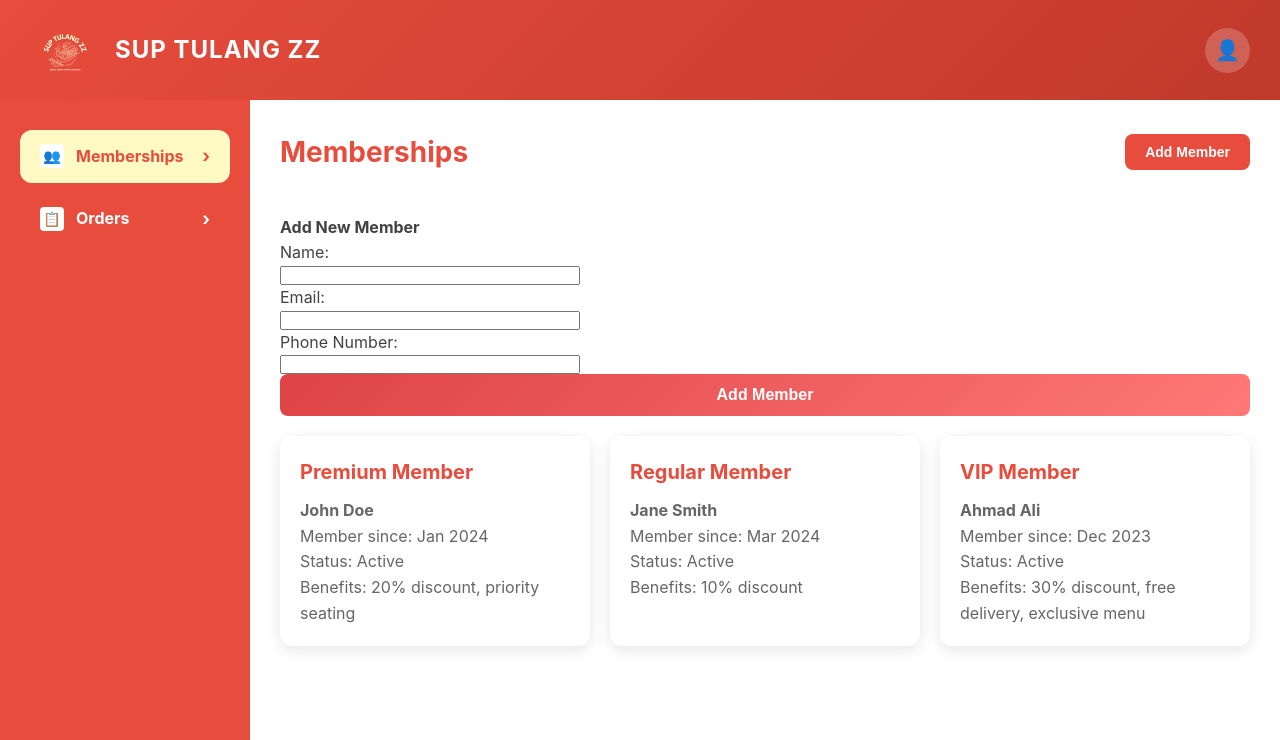
Repository: YIsheng2002/web-frontend
Page: view/Staff/dashboardstaff.html
These files come from the project's save history. The page is drawn as it stood at one moment and after the next save; the edit follows.
The browser window is 1280 px wide. The pictures show the whole page.

Above is the page before, as saved 2025-06-12 15:47:11.

### view/Staff/dashboardstaff.html
<!DOCTYPE html>
<html lang="en">

<head>
    <meta charset="UTF-8">
    <meta name="viewport" content="width=device-width, initial-scale=1.0">
    <title>SUP TULANG ZZ</title>
    <link rel="stylesheet" href="../Staff/assets/css/main.css">
    <link rel="stylesheet" href="../../assets/css/main.css">
    <link rel="stylesheet" href="./assets/css/dashboardStaff.css">
    <script src="./assets/javascript/dashboardStaff.js"></script>

</head>

<body>
    <!-- Header -->
    <header class="header">
        <div class="logo-section">
            <img src="../../assets/images/logo.png" alt="Logo" class="logo">
            <h1 class="brand-name">SUP TULANG ZZ</h1>
        </div>

        <div class="user-menu">
            <div class="user-avatar" onclick="toggleDropdown()">
                👤
            </div>
            <div class="dropdown-menu" id="userDropdown">
                <a href="#" class="dropdown-item" onclick="showProfile()">
                    👤 Profile
                </a>
                <a href="#" class="dropdown-item" onclick="showSettings()">
                    ⚙️ Settings
                </a>
                <a href="#" class="dropdown-item" onclick="showOrders()">
                    📋 Orders
                </a>
                <a href="#" class="dropdown-item" onclick="showReports()">
                    📊 Reports
                </a>
                <hr style="margin: 8px 0; border: none; border-top: 1px solid #eee;">
                <a href="#" class="dropdown-item danger" onclick="logout()">
                    🚪 Logout
                </a>
            </div>
        </div>
    </header>

    <div class=" dashboard-container">
        <!-- Sidebar -->
        <div class="sidebar">
            <ul class="sidebar-menu">
                <li class="sidebar-item">
                    <a href="#" class="sidebar-link active" onclick="showMembership(event)">
                        <div class="sidebar-icon">👥</div>
                        <span class="sidebar-text">Memberships</span>
                        <span class="sidebar-arrow">›</span>
                    </a>
                </li>
                <li class="sidebar-item">
                    <a href="#" class="sidebar-link" onclick="showOrders(event)">
                        <div class="sidebar-icon">📋</div>
                        <span class="sidebar-text">Orders</span>
                        <span class="sidebar-arrow">›</span>
                    </a>
                </li>
            </ul>
        </div>
        <!-- Main Content -->
        <div class="main-content active" id="membership">
            <div class="membership-header">
                <h3>Memberships</h3>
                <button class="add-membership-btn" onclick="addMember()">Add Member</button>
            </div>

            <div id="membershipForm" class="membership-form hidden">
                <h4>Add New Member</h4>
                <form id="addMemberForm">
                    <div class="form-group">
                        <label for="memberName">Name:</label>
                        <input type="text" class="input-size" id="memberName" name="memberName" required>
                    </div>

                    <div class="form-group">
                        <label for="memberEmail">Email:</label>
                        <input type="email" class="input-size" id="memberEmail" name="memberEmail" required>
                    </div>

                    <div class="form-group">
                        <label for="memberphonenumber">Phone Number:</label>
                        <input type="phone number" class="input-size" id="memberphonenumber" name="memberphonenumber"required>
                    </div>
                    <button type="submit" class="btn-primary">Add Member</button>


                </form>

                <div class="membership-cards">
                    <div class="membership-card">
                        <div class="membership-title">Premium Member</div>
                        <div class="membership-details">
                            <p><strong>John Doe</strong></p>
                            <p>Member since: Jan 2024</p>
                            <p>Status: Active</p>
                            <p>Benefits: 20% discount, priority seating</p>
                        </div>
                    </div>
                    <div class="membership-card">
                        <div class="membership-title">Regular Member</div>
                        <div class="membership-details">
                            <p><strong>Jane Smith</strong></p>
                            <p>Member since: Mar 2024</p>
                            <p>Status: Active</p>
                            <p>Benefits: 10% discount</p>
                        </div>
                    </div>
                    <div class="membership-card">
                        <div class="membership-title">VIP Member</div>
                        <div class="membership-details">
                            <p><strong>Ahmad Ali</strong></p>
                            <p>Member since: Dec 2023</p>
                            <p>Status: Active</p>
                            <p>Benefits: 30% discount, free delivery, exclusive menu</p>
                        </div>
                    </div>
                </div>
            </div>
            <div class="main-content" id="orders">
                <h3>Orders</h3>
                <div class="order-list">
                    <div class="order-item">
                        <span class="order-id">Order #12345</span>
                        <span class="order-status pending">Pending</span>
                    </div>
                    <div class="order-item">
                        <span class="order-id">Order #12346</span>
                        <span class="order-status completed">Completed</span>
                    </div>
                    <div class="order-item">
                        <span class="order-id">Order #12347</span>
                        <span class="order-status pending">Pending</span>
                    </div>
                    <div class="order-item">
                        <span class="order-id">Order #12348</span>
                        <span class="order-status cancelled">Cancelled</span>
                    </div>
                </div>
            </div>

</body>

</html>

### view/Staff/assets/css/main.css
* {
    margin: 0;
    padding: 0;
    box-sizing: border-box;
}

body {
    font-family: -apple-system, BlinkMacSystemFont, 'Segoe UI', Roboto, sans-serif;
    line-height: 1.6;
    color: #333;
    background-color: #f5f5f5;
}

.btn-primary {
    background: linear-gradient(135deg, #667eea 0%, #764ba2 100%);
    color: white;
    border: none;
    padding: 12px 24px;
    border-radius: 8px;
    font-size: 16px;
    font-weight: 600;
    cursor: pointer;
    transition: all 0.3s ease;
    width: 100%;
}

.btn-primary:hover {
    transform: translateY(-2px);
    box-shadow: 0 8px 25px rgba(102, 126, 234, 0.3);
}

.btn-primary:active {
    transform: translateY(0);
}

### assets/css/main.css
:root{
    --primary-color: #DE4345;
    --secondary-color: #F8FAD4;
    --white-color: #FFFFFF;
    --header-font-color: #212121;
    --header6-font-color: #424242;
    --light-red: #FF7877;
}

* {
    margin: 0;
    padding: 0;
    box-sizing: border-box;
}

body {
    font-family: -apple-system, BlinkMacSystemFont, 'Segoe UI', Roboto, sans-serif;
    line-height: 1.6;
    color: var(--header6-font-color);
    background-color: #f5f5f5;
}

.btn-primary {
    background: linear-gradient(135deg, var(--primary-color) 0%, var(--light-red) 100%);
    color: white;
    border: none;
    padding: 12px 24px;
    border-radius: 8px;
    font-size: 16px;
    font-weight: 600;
    cursor: pointer;
    transition: all 0.3s ease;
    width: 100%;
}

.btn-primary:hover {
    transform: translateY(-5px);
    box-shadow: 0 8px 25px rgba(253, 114, 92, 0.22);
}

.btn-primary:active {
    transform: translateY(0);
}

/* Header Styles */
.header {
    background: linear-gradient(135deg, #e74c3c, #c0392b);
    color: white;
    padding: 15px 30px;
    display: flex;
    justify-content: space-between;
    align-items: center;
    box-shadow: 0 2px 10px rgba(0,0,0,0.1);
}

.logo-section {
    display: flex;
    align-items: center;
    gap: 15px;
}

.logo {
    width: 70px;
    height: 70px;
    display: flex;
    align-items: center;
    justify-content: center;
    font-weight: bold;
    font-size: 18px;
}

.brand-name {
    font-size: 28px;
    font-weight: bold;
    letter-spacing: 1px;
}

### view/Staff/assets/css/dashboardStaff.css
/* Reset and Base Styles - Using your main.css */


.brand-name {
    color: white;
    font-size: 24px;
    font-weight: bold;
}

/* User Menu */
.user-menu {
    position: relative;
}

.user-avatar {
    width: 45px;
    height: 45px;
    background: rgba(255, 255, 255, 0.2);
    border-radius: 50%;
    display: flex;
    align-items: center;
    justify-content: center;
    cursor: pointer;
    transition: all 0.3s ease;
    font-size: 20px;
    color: white;
}

.user-avatar:hover {
    background: rgba(255, 255, 255, 0.3);
    transform: scale(1.05);
}

.dropdown-menu {
    position: absolute;
    top: 100%;
    right: 0;
    background: white;
    border-radius: 12px;
    box-shadow: 0 10px 30px rgba(0, 0, 0, 0.15);
    padding: 12px 0;
    min-width: 180px;
    opacity: 0;
    visibility: hidden;
    transform: translateY(-10px);
    transition: all 0.3s ease;
    z-index: 1000;
    margin-top: 10px;
}

.dropdown-menu.show {
    opacity: 1;
    visibility: visible;
    transform: translateY(0);
}

.dropdown-item {
    display: block;
    padding: 12px 20px;
    color: #333;
    text-decoration: none;
    transition: background 0.3s ease;
    display: flex;
    align-items: center;
    gap: 10px;
}

.dropdown-item:hover {
    background: #f8f9fa;
}

.dropdown-item.danger:hover {
    background: #fee;
    color: #e74c3c;
}


/* Main Layout */
.dashboard-container {
    display: flex;
    height: calc(100vh - 80px);
}

/* Sidebar */
.sidebar {
    width: 250px;
    background-color: #e74c3c;
    padding: 20px 0;
}

.sidebar-menu {
    list-style: none;
    padding: 0;
    margin: 0;
}

.sidebar-item {
    margin: 10px 0;
    padding: 0 20px;
}

.sidebar-link {
    display: flex;
    align-items: center;
    justify-content: space-between;
    text-decoration: none;
    padding: 12px 20px;
    font-size: 16px;
    font-weight: bold;
    border-radius: 12px;
    transition: all 0.3s ease;
    color: #fff;
    background-color: transparent;
}

.sidebar-link:hover {
    background-color: rgba(255, 255, 255, 0.1);
}

.sidebar-link.active {
    background-color: #fff9c4;
    color: #e74c3c;
}

.sidebar-icon {
    width: 24px;
    height: 24px;
    margin-right: 12px;
    background: #fff;
    border-radius: 4px;
    display: flex;
    align-items: center;
    justify-content: center;
    font-size: 14px;
}

.sidebar-text {
    flex-grow: 1;
}

.sidebar-arrow {
    font-size: 18px;
    margin-left: 12px;
}

/* Main Content */
.main-content {
    flex: 1;
    padding: 30px;
    background: white;
    overflow-y: auto;
    display: none;
}

.main-content.active {
    display: block;
}

.main-content h3 {
    color: #e74c3c;
    margin-bottom: 20px;
    font-size: 28px;
}

/* Membership Content */
.membership-cards {
    display: grid;
    grid-template-columns: repeat(auto-fit, minmax(300px, 1fr));
    gap: 20px;
    margin-top: 20px;
}

.membership-card {
    background: white;
    border-radius: 12px;
    padding: 20px;
    box-shadow: 0 4px 15px rgba(0, 0, 0, 0.1);
    transition: transform 0.3s ease;
}

.membership-card:hover {
    transform: translateY(-5px);
}

.membership-title {
    font-size: 20px;
    font-weight: bold;
    color: #e74c3c;
    margin-bottom: 10px;
}

.membership-details {
    color: #666;
    line-height: 1.6;
}

/* Orders Content */
.order-list {
    margin-top: 20px;
}

.order-item {
    background: white;
    border-radius: 12px;
    padding: 20px;
    margin-bottom: 15px;
    box-shadow: 0 4px 15px rgba(0, 0, 0, 0.1);
    display: flex;
    justify-content: space-between;
    align-items: center;
    transition: transform 0.3s ease;
}

.order-item:hover {
    transform: translateY(-2px);
}

.order-id {
    font-weight: bold;
    color: #333;
}

.order-status {
    padding: 8px 16px;
    border-radius: 20px;
    font-size: 14px;
    font-weight: bold;
}

.order-status.pending {
    background: #fff3cd;
    color: #856404;
}

.order-status.completed {
    background: #d4edda;
    color: #155724;
}

.order-status.cancelled {
    background: #f8d7da;
    color: #721c24;
}

.membership-header {
    display: flex;
    justify-content: space-between;
    align-items: center;
    margin-bottom: 20px;
}

.add-membership-btn {
    background-color: #e74c3c;
    color:white;
    padding: 10px 20px;
    border: none;
    border-radius: 8px;
    font-size: 14px;
    font-weight: bold;
    cursor: pointer;
    transition: background-color 0.3s ease;
    float: right; /* This makes it right-aligned */
    margin-bottom: 20px;

}
.add-membership-btn:hover {
    background-color: #cf4436; /* slightly darker on hover */
}

.add-membership-btn:active {
    transform: translateY(1px);
}

.form-group {
    display: flex;
    flex-direction: column;
}
.input-size {
    width: 300px;
}


/* Responsive Design */
@media (max-width: 768px) {
    .dashboard-container {
        flex-direction: column;
    }

    .sidebar {
        width: 100%;
        height: auto;
        padding: 10px 0;
    }

    .sidebar-menu {
        display: flex;
        overflow-x: auto;
    }

    .sidebar-item {
        flex: 0 0 auto;
        margin: 0 5px;
    }

    .main-content {
        padding: 20px;
    }

    .membership-cards {
        grid-template-columns: 1fr;
    }
}

### view/Staff/assets/javascript/dashboardStaff.js
// Dropdown functionality
function toggleDropdown() {
    const dropdown = document.getElementById('userDropdown');
    dropdown.classList.toggle('show');
}

// Close dropdown when clicking outside
document.addEventListener('click', function (event) {
    const userMenu = document.querySelector('.user-menu');
    const dropdown = document.getElementById('userDropdown');

    if (!userMenu.contains(event.target)) {
        dropdown.classList.remove('show');
    }
});

// Page navigation
function showPage(pageId, clickedElement) {
    // Hide all pages
    document.querySelectorAll('.main-content').forEach(page => {
        page.classList.remove('active');
    });

    // Show selected page
    const targetPage = document.getElementById(pageId);
    if (targetPage) {
        targetPage.classList.add('active');
    }

    // Remove active class from all sidebar links
    document.querySelectorAll('.sidebar-link').forEach(link => {
        link.classList.remove('active');
    });

    // Add active class to clicked element
    if (clickedElement) {
        clickedElement.classList.add('active');
    }
}

// Sidebar navigation functions
function showMembership(event) {
    event.preventDefault();
    showPage('membership', event.currentTarget);
}

function showOrders(event) {
    event.preventDefault();
    showPage('orders', event.currentTarget);
}

// User menu actions
function showProfile() {
    alert('Profile page - Coming soon!');
    toggleDropdown();
}

function showSettings() {
    alert('Settings page - Coming soon!');
    toggleDropdown();
}

function showOrdersFromDropdown() {
    showPage('orders');
    // Also update sidebar active state
    document.querySelectorAll('.sidebar-link').forEach(link => {
        link.classList.remove('active');
    });
    const ordersLink = document.querySelector('[onclick="showOrders(event)"]');
    if (ordersLink) {
        ordersLink.classList.add('active');
    }
    toggleDropdown();
}

function showReports() {
    alert('Reports page - Coming soon!');
    toggleDropdown();
}

function logout() {
    if (confirm('Are you sure you want to logout?')) {
        alert('Logged out successfully!');
        // Add your logout logic here
        // For example: window.location.href = '/login.html';
    }
    toggleDropdown();
}

// Initialize dashboard when page loads
document.addEventListener('DOMContentLoaded', function() {
    console.log('Dashboard loaded successfully!');

    // You can add any initialization code here
    // For example, loading data from API, setting up event listeners, etc.
});

// Utility function to add new membership card
function addMembershipCard(memberData) {
    const membershipCards = document.querySelector('.membership-cards');
    const cardHTML = `
        <div class="membership-card">
            <div class="membership-title">${memberData.type} Member</div>
            <div class="membership-details">
                <p><strong>${memberData.name}</strong></p>
                <p>Member since: ${memberData.joinDate}</p>
                <p>Status: ${memberData.status}</p>
                <p>Benefits: ${memberData.benefits}</p>
            </div>
        </div>
    `;
    membershipCards.insertAdjacentHTML('beforeend', cardHTML);
}

// Utility function to add new order
function addOrderItem(orderData) {
    const orderList = document.querySelector('.order-list');
    const orderHTML = `
        <div class="order-item">
            <span class="order-id">Order #${orderData.id}</span>
            <span class="order-status ${orderData.status.toLowerCase()}">${orderData.status}</span>
        </div>
    `;
    orderList.insertAdjacentHTML('beforeend', orderHTML);
}

function handleAddMember(){
    const form = document.getElementById('addMemberForm');
    form.style.display = form.style.display === "none" ? "block" : "none";

}

// Example usage:
// addMembershipCard({
//     type: 'Gold',
//     name: 'Sarah Johnson',
//     joinDate: 'May 2024',
//     status: 'Active',
//     benefits: '25% discount, free appetizer'
// });

// addOrderItem({
//     id: '12349',
//     status: 'Completed'
// });

After the next save:
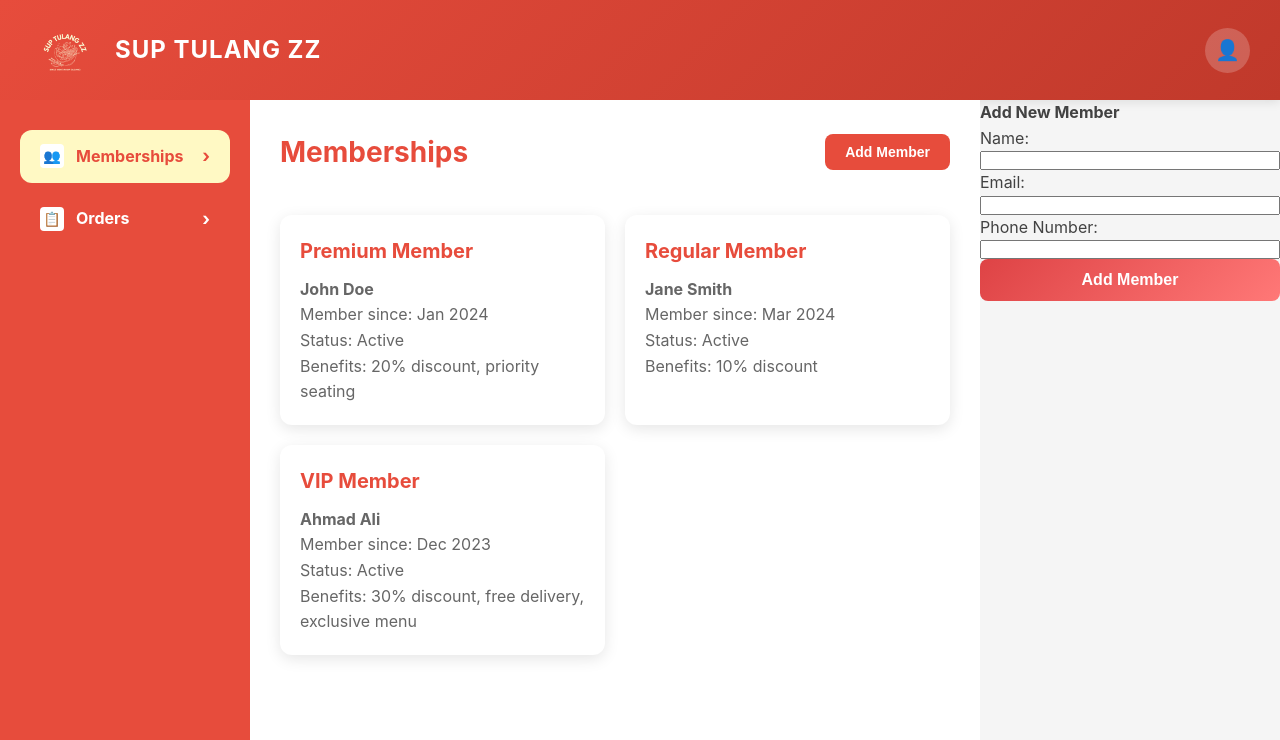
Saved 2 h 23 min later.
--- a/view/Staff/dashboardstaff.html
+++ b/view/Staff/dashboardstaff.html
@@ -71,59 +71,36 @@
                 <h3>Memberships</h3>
                 <button class="add-membership-btn" onclick="addMember()">Add Member</button>
             </div>
-
-            <div id="membershipForm" class="membership-form hidden">
-                <h4>Add New Member</h4>
-                <form id="addMemberForm">
-                    <div class="form-group">
-                        <label for="memberName">Name:</label>
-                        <input type="text" class="input-size" id="memberName" name="memberName" required>
+            <div class="membership-cards">
+                <div class="membership-card">
+                    <div class="membership-title">Premium Member</div>
+                    <div class="membership-details">
+                        <p><strong>John Doe</strong></p>
+                        <p>Member since: Jan 2024</p>
+                        <p>Status: Active</p>
+                        <p>Benefits: 20% discount, priority seating</p>
                     </div>
-
-                    <div class="form-group">
-                        <label for="memberEmail">Email:</label>
-                        <input type="email" class="input-size" id="memberEmail" name="memberEmail" required>
+                </div>
+                <div class="membership-card">
+                    <div class="membership-title">Regular Member</div>
+                    <div class="membership-details">
+                        <p><strong>Jane Smith</strong></p>
+                        <p>Member since: Mar 2024</p>
+                        <p>Status: Active</p>
+                        <p>Benefits: 10% discount</p>
                     </div>
-
-                    <div class="form-group">
-                        <label for="memberphonenumber">Phone Number:</label>
-                        <input type="phone number" class="input-size" id="memberphonenumber" name="memberphonenumber"required>
-                    </div>
-                    <button type="submit" class="btn-primary">Add Member</button>
-
-
-                </form>
-
-                <div class="membership-cards">
-                    <div class="membership-card">
-                        <div class="membership-title">Premium Member</div>
-                        <div class="membership-details">
-                            <p><strong>John Doe</strong></p>
-                            <p>Member since: Jan 2024</p>
-                            <p>Status: Active</p>
-                            <p>Benefits: 20% discount, priority seating</p>
-                        </div>
-                    </div>
-                    <div class="membership-card">
-                        <div class="membership-title">Regular Member</div>
-                        <div class="membership-details">
-                            <p><strong>Jane Smith</strong></p>
-                            <p>Member since: Mar 2024</p>
-                            <p>Status: Active</p>
-                            <p>Benefits: 10% discount</p>
-                        </div>
-                    </div>
-                    <div class="membership-card">
-                        <div class="membership-title">VIP Member</div>
-                        <div class="membership-details">
-                            <p><strong>Ahmad Ali</strong></p>
-                            <p>Member since: Dec 2023</p>
-                            <p>Status: Active</p>
-                            <p>Benefits: 30% discount, free delivery, exclusive menu</p>
-                        </div>
+                </div>
+                <div class="membership-card">
+                    <div class="membership-title">VIP Member</div>
+                    <div class="membership-details">
+                        <p><strong>Ahmad Ali</strong></p>
+                        <p>Member since: Dec 2023</p>
+                        <p>Status: Active</p>
+                        <p>Benefits: 30% discount, free delivery, exclusive menu</p>
                     </div>
                 </div>
             </div>
+
             <div class="main-content" id="orders">
                 <h3>Orders</h3>
                 <div class="order-list">
@@ -145,6 +122,35 @@
                     </div>
                 </div>
             </div>
+        </div>
+
+        <!-- addmember form-->
+         <div class="add-member-form" id="addMemberForm">
+          <div id="membershipForm" class="membership-form hidden">
+                <h4>Add New Member</h4>
+                <form id="addMemberForm">
+                    <div class="form-group">
+                        <label for="memberName">Name:</label>
+                        <input type="text" class="input-size" id="memberName" name="memberName" required>
+                    </div>
+
+                    <div class="form-group">
+                        <label for="memberEmail">Email:</label>
+                        <input type="email" class="input-size" id="memberEmail" name="memberEmail" required>
+                    </div>
+
+                    <div class="form-group">
+                        <label for="memberphonenumber">Phone Number:</label>
+                        <input type="phone number" class="input-size" id="memberphonenumber" name="memberphonenumber"
+                            required>
+                    </div>
+                    <button type="submit" class="btn-primary">Add Member</button>
+
+
+                </form>
+            </div>
+
+         </div>
 
 </body>
 
